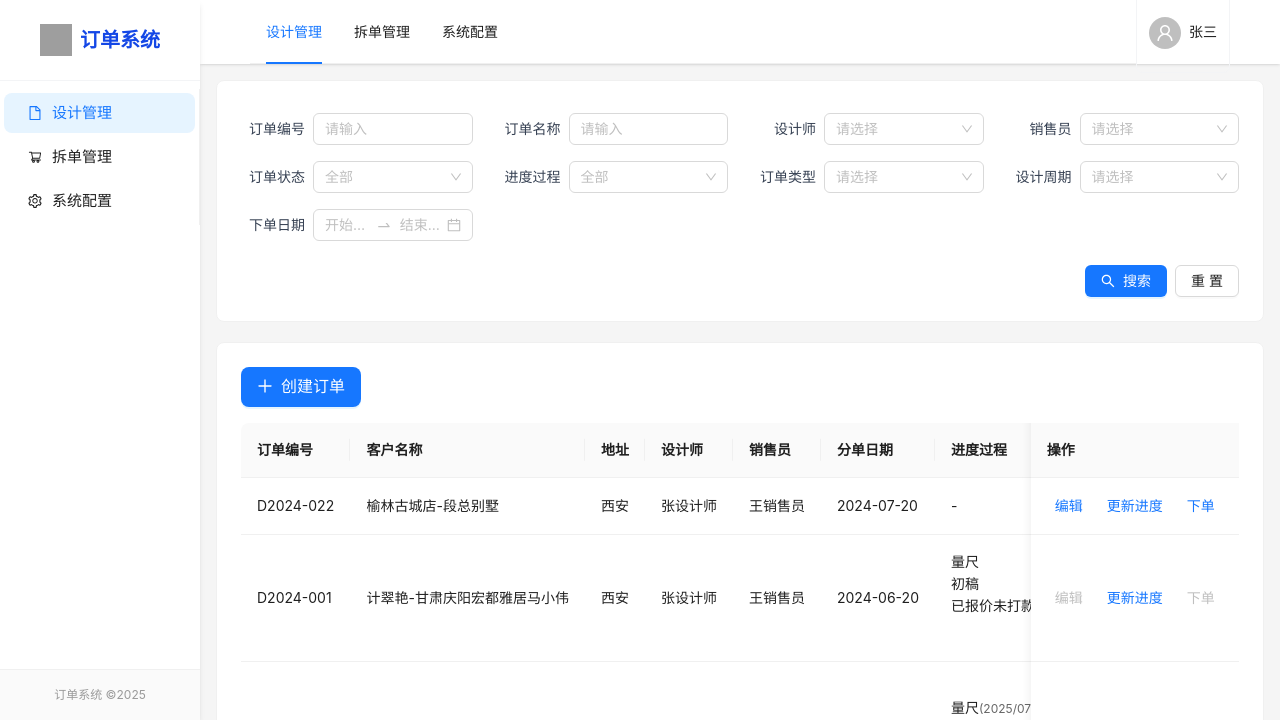
Repository: Garyxiwang/order_system
Page: /design (app in front/)
These files come from the project's save history. The page is drawn as it stood at one moment and after the next save; the edit follows.
The browser window is 1280 px wide. The pictures show the whole page.
Pictures or frames that could not be fetched are drawn as grey boxes. An inner scrolling area shows only its first screen. The project was rebuilt for these pictures with package versions that can differ from the ones it lists, and the page was loaded fresh each time. The framework's server and built-in components were replaced by stand-ins that run in the browser. Also part of the build but not shown: front/next.config.js, front/next.config.ts.

Above is the page before, as saved 2025-08-07 15:05:02.

After the next save:
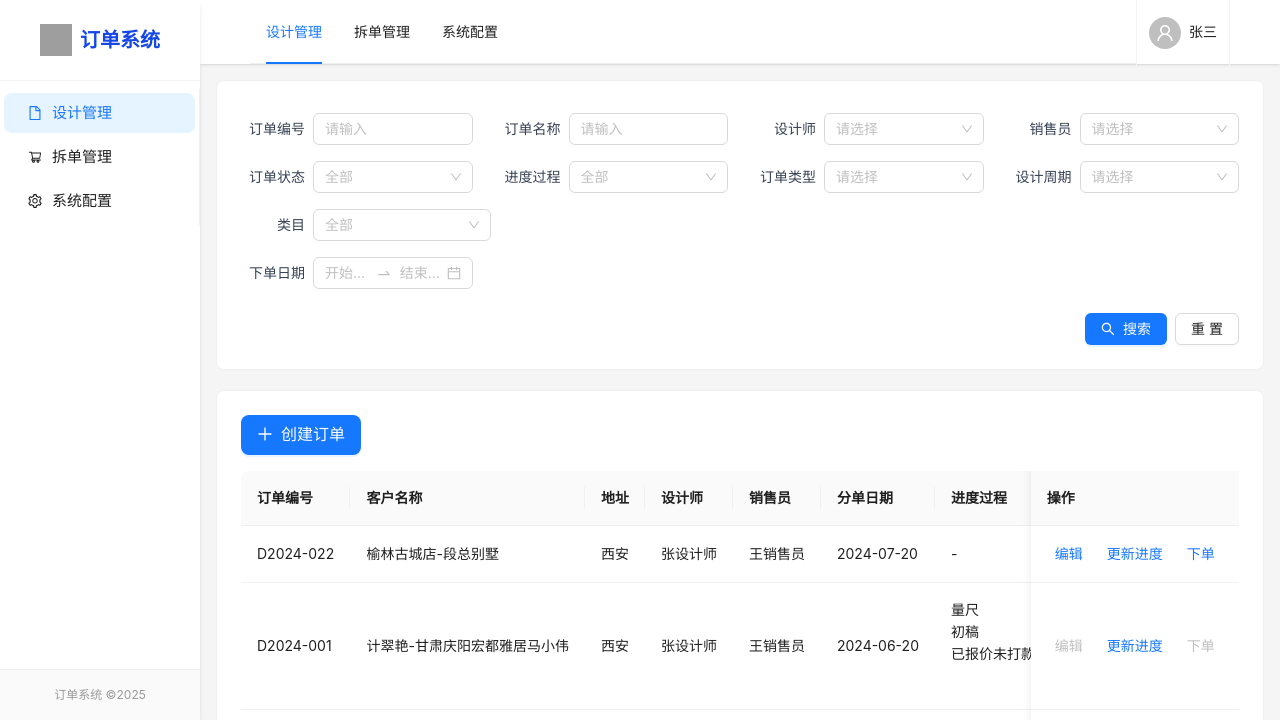
Saved 2 min 1 s later.
--- a/front/src/app/design/page.tsx
+++ b/front/src/app/design/page.tsx
@@ -543,7 +543,25 @@
             </div>
           </Col>
         </Row>
-
+        <Col span={6} className="py-2">
+          <div className="flex items-center gap-2">
+            <label className="whitespace-nowrap text-sm font-medium text-gray-700 min-w-16 text-right">
+              类目
+            </label>
+            <Select
+              placeholder="全部"
+              className="rounded-md flex-1"
+              size="middle"
+              allowClear
+            >
+              <Option value="designing">木门</Option>
+              <Option value="reviewing">柜体</Option>
+              <Option value="completed">石材</Option>
+              <Option value="completed">板材</Option>
+              <Option value="completed">铝合金门</Option>
+            </Select>
+          </div>
+        </Col>
         <Row gutter={24}>
           <Col span={6} className="py-2">
             <div className="flex items-center gap-2">

After the save that followed:
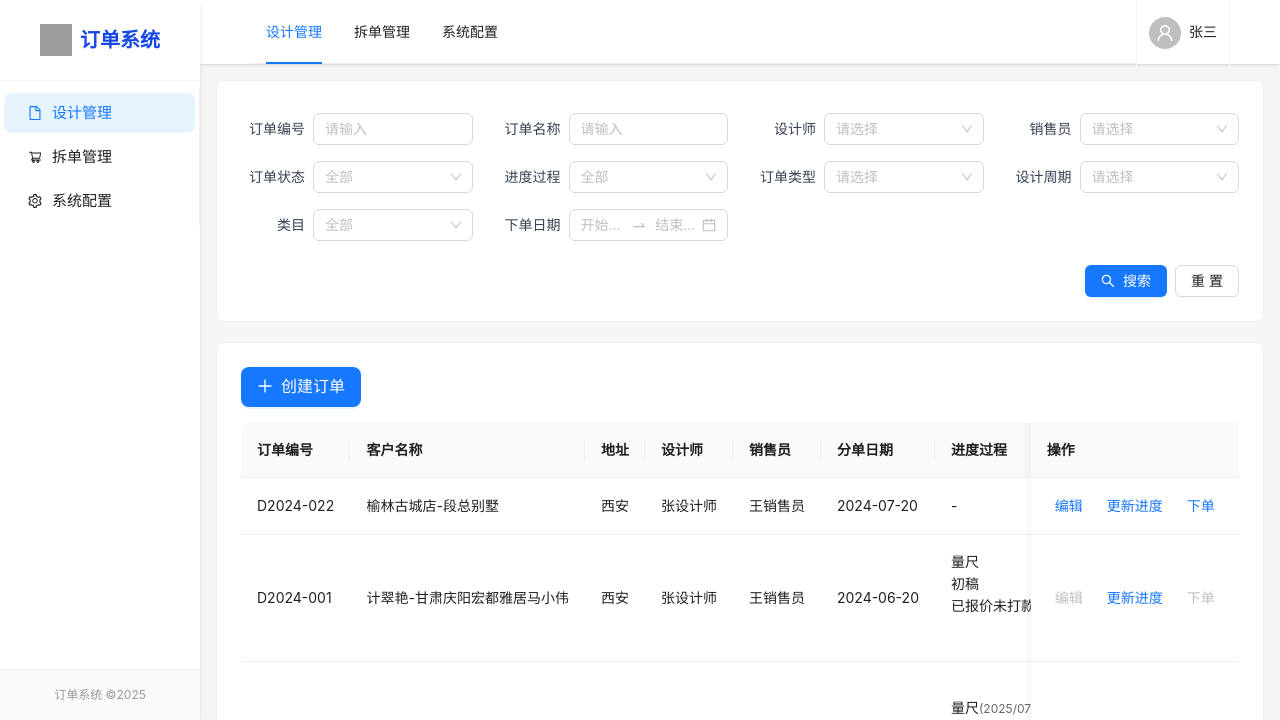
Saved 14 s later.
--- a/front/src/app/design/page.tsx
+++ b/front/src/app/design/page.tsx
@@ -543,26 +543,27 @@
             </div>
           </Col>
         </Row>
-        <Col span={6} className="py-2">
-          <div className="flex items-center gap-2">
-            <label className="whitespace-nowrap text-sm font-medium text-gray-700 min-w-16 text-right">
-              类目
-            </label>
-            <Select
-              placeholder="全部"
-              className="rounded-md flex-1"
-              size="middle"
-              allowClear
-            >
-              <Option value="designing">木门</Option>
-              <Option value="reviewing">柜体</Option>
-              <Option value="completed">石材</Option>
-              <Option value="completed">板材</Option>
-              <Option value="completed">铝合金门</Option>
-            </Select>
-          </div>
-        </Col>
+
         <Row gutter={24}>
+          <Col span={6} className="py-2">
+            <div className="flex items-center gap-2">
+              <label className="whitespace-nowrap text-sm font-medium text-gray-700 min-w-16 text-right">
+                类目
+              </label>
+              <Select
+                placeholder="全部"
+                className="rounded-md flex-1"
+                size="middle"
+                allowClear
+              >
+                <Option value="designing">木门</Option>
+                <Option value="reviewing">柜体</Option>
+                <Option value="completed">石材</Option>
+                <Option value="completed">板材</Option>
+                <Option value="completed">铝合金门</Option>
+              </Select>
+            </div>
+          </Col>
           <Col span={6} className="py-2">
             <div className="flex items-center gap-2">
               <label className="whitespace-nowrap text-sm font-medium text-gray-700 min-w-16 text-right">
